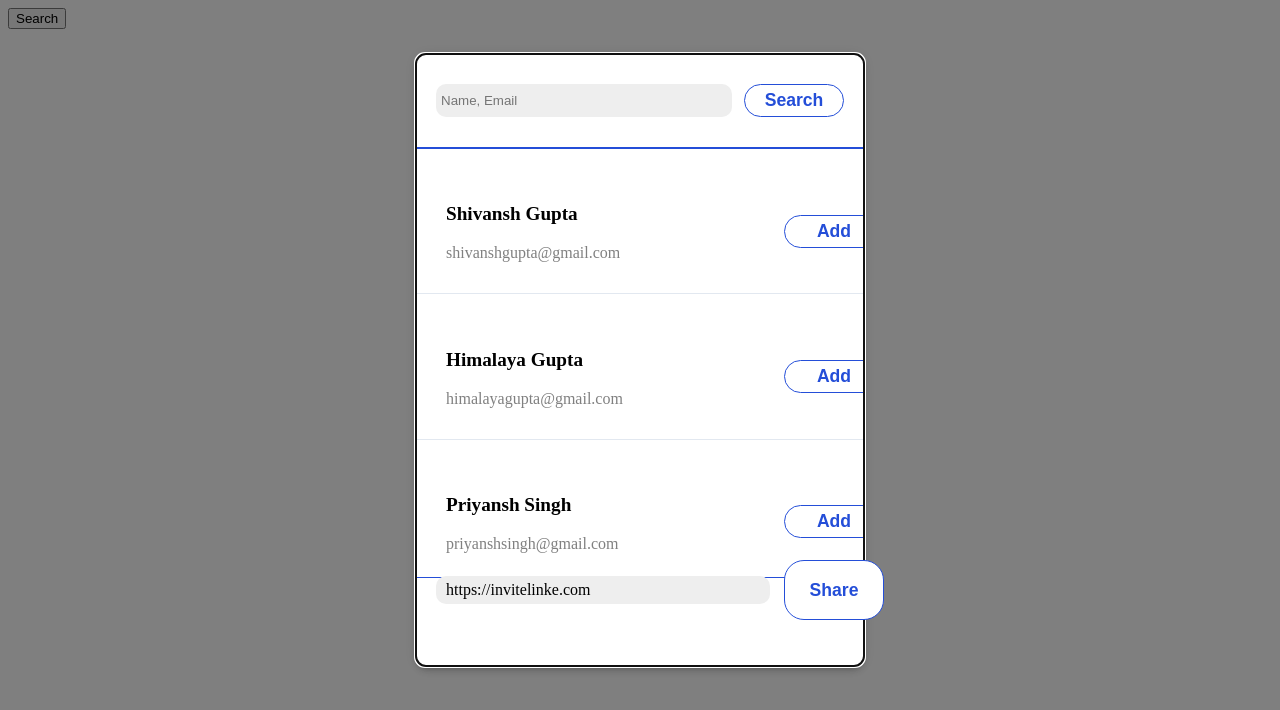
Repository: shiv0403/event-planner
Page: /, after clicking the first element matching `button`
These files come from the project's save history. The page is drawn as it stood at one moment and after the next save; the edit follows.
The browser window is 1280 px wide. The pictures show the whole page.
An inner scrolling area shows only its first screen. The project was rebuilt for these pictures with package versions that can differ from the ones it lists, and the page was loaded fresh each time.

Above is the page before, as saved 2021-07-27 12:54:14.

After the next save:
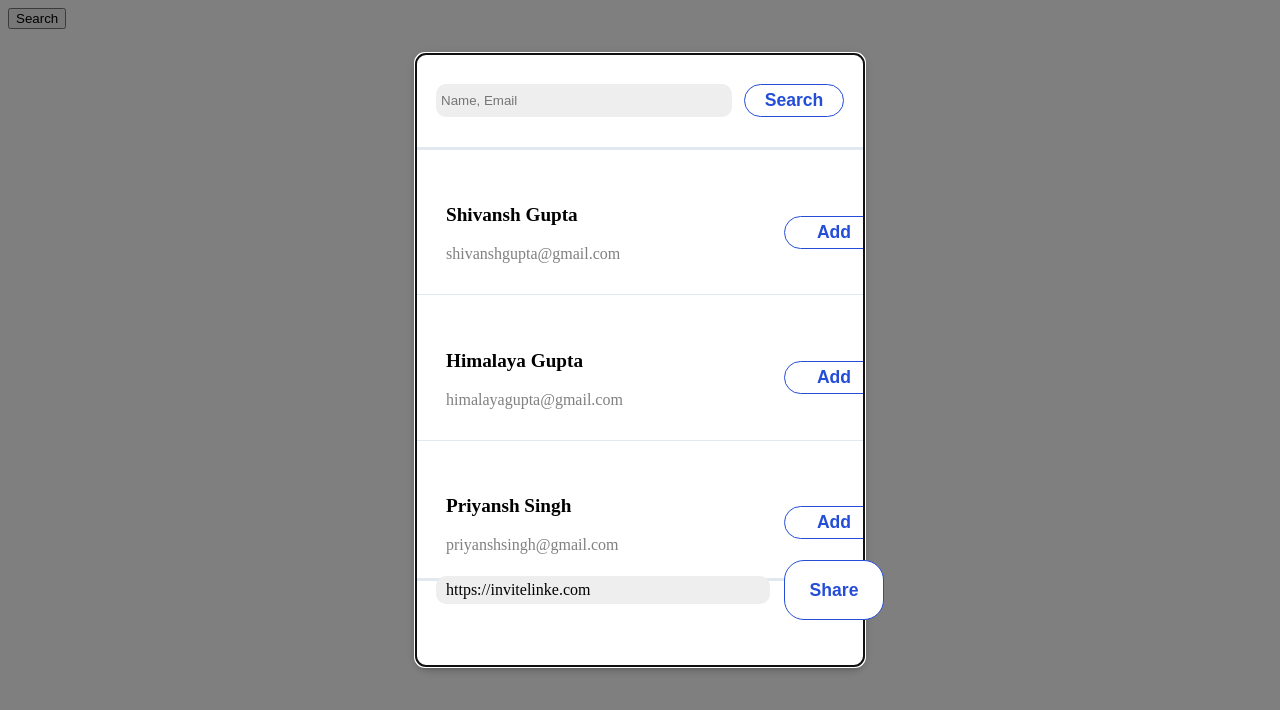
Saved 13 s later.
--- a/src/Components/SearchModal/SearchModal.css
+++ b/src/Components/SearchModal/SearchModal.css
@@ -2,7 +2,7 @@
   display: flex;
   justify-content: space-between;
   padding: 30px 20px;
-  border-bottom: 2px solid #244ed8;
+  border-bottom: 3px solid #e2e8f0;
 }
 
 .search__header > input {
@@ -29,7 +29,7 @@
 .search__body {
   overflow-y: auto;
   height: 70%;
-  border-bottom: 1px solid #244ed8;
+  border-bottom: 3px solid #e2e8f0;
 }
 
 .search__body::-webkit-scrollbar {
